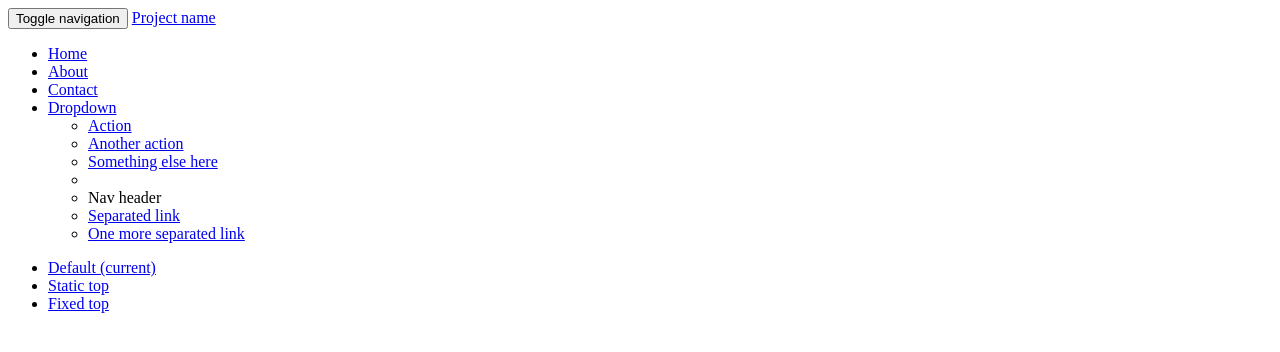
Repository: Peacepapi/1702Java
Page: http://localhost/state/nav.jsp
An editor plug-in stored every save of this project. The page is shown before and after the next save, followed by the edit.
The browser window is 1280 px wide. The pictures show the whole page.
The page is served by Tomcat 9. Nobody is signed in. The application's start-up code is not run.

Above is the page before, as saved 2017-03-02 18:05:33.

After the next save:
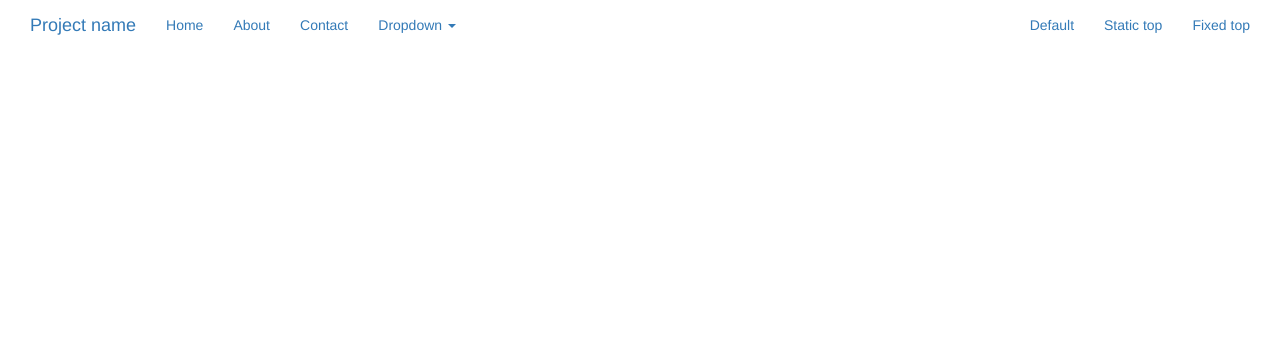
Console error (its wording comes from the project's code and is left out).
Saved 18 s later.
--- a/state/WebContent/nav.jsp
+++ b/state/WebContent/nav.jsp
@@ -1,3 +1,11 @@
+<!-- Latest compiled and minified CSS -->
+<link rel="stylesheet" href="https://maxcdn.bootstrapcdn.com/bootstrap/3.3.7/css/bootstrap.min.css" integrity="sha384-BVYiiSIFeK1dGmJRAkycuHAHRg32OmUcww7on3RYdg4Va+PmSTsz/K68vbdEjh4u" crossorigin="anonymous">
+
+<!-- Optional theme -->
+<link rel="stylesheet" href="https://maxcdn.bootstrapcdn.com/bootstrap/3.3.7/css/bootstrap-theme.min.css" integrity="sha384-rHyoN1iRsVXV4nD0JutlnGaslCJuC7uwjduW9SVrLvRYooPp2bWYgmgJQIXwl/Sp" crossorigin="anonymous">
+
+<!-- Latest compiled and minified JavaScript -->
+<script src="https://maxcdn.bootstrapcdn.com/bootstrap/3.3.7/js/bootstrap.min.js" integrity="sha384-Tc5IQib027qvyjSMfHjOMaLkfuWVxZxUPnCJA7l2mCWNIpG9mGCD8wGNIcPD7Txa" crossorigin="anonymous"></script>
 <div class="container-fluid">
 	<div class="navbar-header">
 		<button type="button" class="navbar-toggle collapsed"
